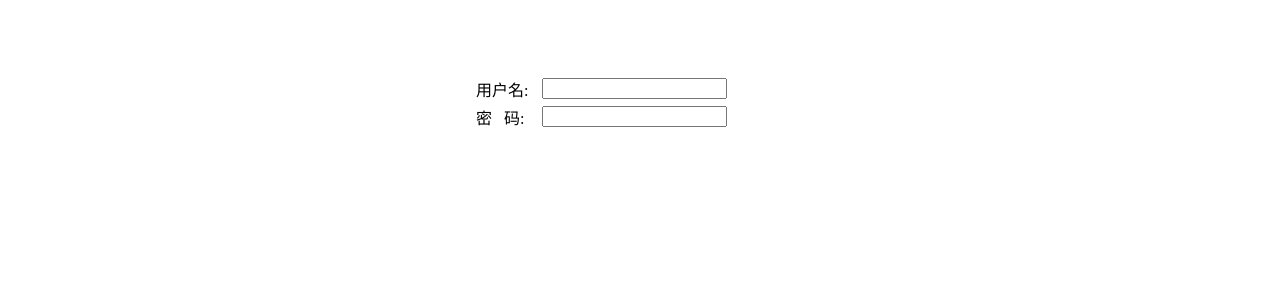
Repository: frankstar007/java
Page: http://localhost/CommentBoard/
These files come from the project's save history. The page is drawn as it stood at one moment and after the next save; the edit follows.
The browser window is 1280 px wide. The pictures show the whole page.
The page is served by Tomcat 9.

Above is the page before, as saved 2016-05-16 02:40:02.

After the next save:
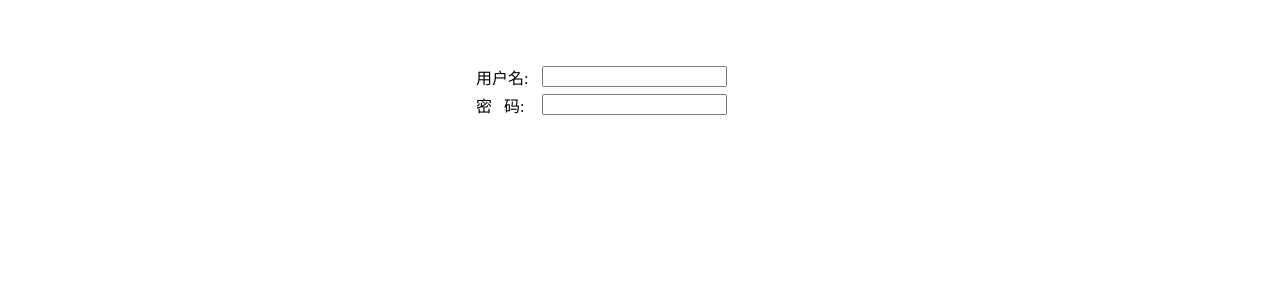
Saved 21 s later.
--- a/CommentBoard/WebContent/index.jsp
+++ b/CommentBoard/WebContent/index.jsp
@@ -37,6 +37,8 @@
 					<td height="20">密&nbsp;&nbsp;&nbsp;码:</td>
 					<td><input name="password" type="password" id="password"></td>
 					</tr>
+					<tr>
+					<td height="20"
 				</table>
 			</form>
 	</table>
